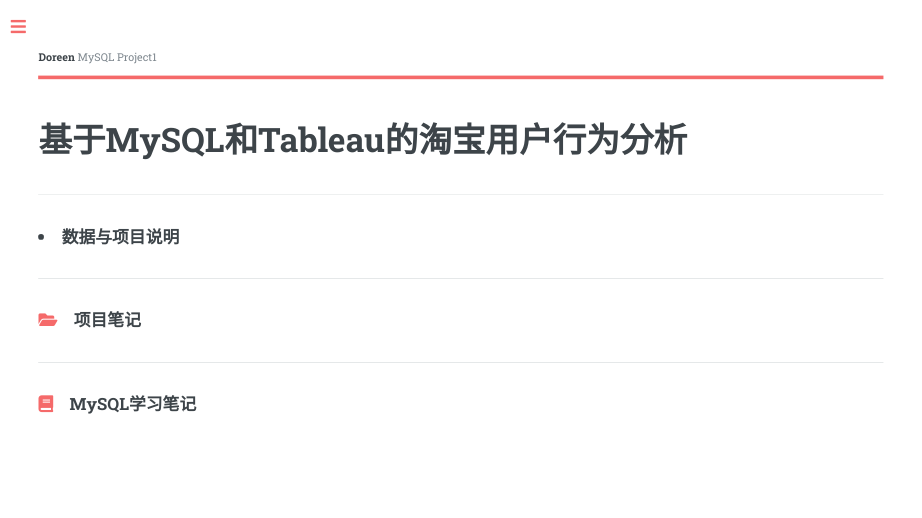
Repository: Hpz3859/Hpz3859.github.io
Page: MySQL_taobao.html
The author's editor kept a copy of each file at every save. The page is drawn from the files as they stood at one save, then again after the next save.
The browser window is 1280 px wide. The pictures show the whole page, at 72% of full size.

Above is the page before, as saved 2025-03-31 21:17:59.

After the next save:
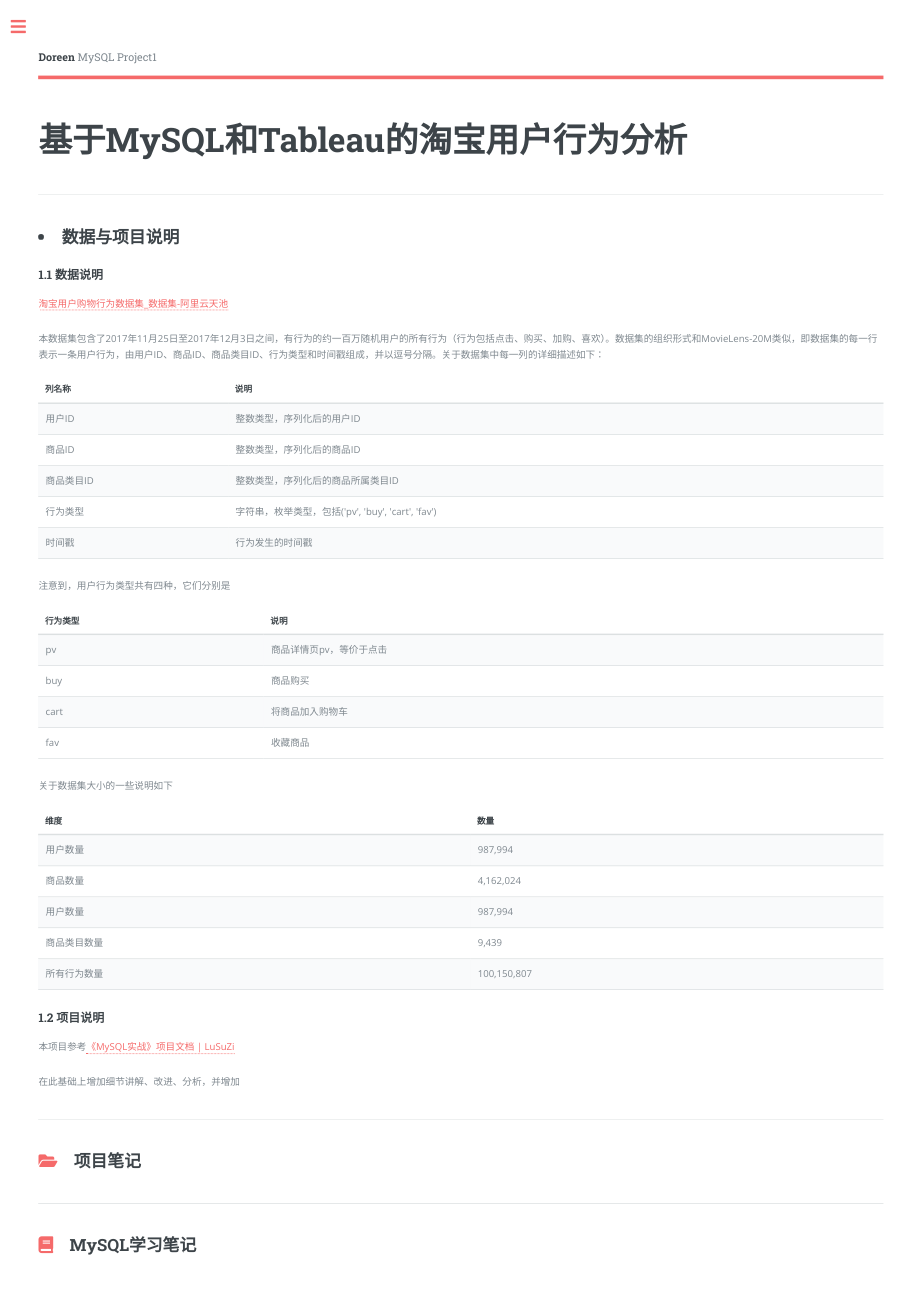
Saved 33 s later.
--- a/MySQL_taobao.html
+++ b/MySQL_taobao.html
@@ -47,6 +47,30 @@
 										<h2>
 											<li>数据与项目说明</li>
 										</h2>
+										<h3>1.1 数据说明</h3>
+<p><a href='https://tianchi.aliyun.com/dataset/649'>淘宝用户购物行为数据集_数据集-阿里云天池</a></p>
+<p>本数据集包含了2017年11月25日至2017年12月3日之间，有行为的约一百万随机用户的所有行为（行为包括点击、购买、加购、喜欢）。数据集的组织形式和MovieLens-20M类似，即数据集的每一行表示一条用户行为，由用户ID、商品ID、商品类目ID、行为类型和时间戳组成，并以逗号分隔。关于数据集中每一列的详细描述如下：</p>
+<figure class='table-figure'><table>
+<thead>
+<tr><th style='text-align:left;' >列名称</th><th style='text-align:left;' >说明</th></tr></thead>
+<tbody><tr><td style='text-align:left;' >用户ID</td><td style='text-align:left;' >整数类型，序列化后的用户ID</td></tr><tr><td style='text-align:left;' >商品ID</td><td style='text-align:left;' >整数类型，序列化后的商品ID</td></tr><tr><td style='text-align:left;' >商品类目ID</td><td style='text-align:left;' >整数类型，序列化后的商品所属类目ID</td></tr><tr><td style='text-align:left;' >行为类型</td><td style='text-align:left;' >字符串，枚举类型，包括(&#39;pv&#39;, &#39;buy&#39;, &#39;cart&#39;, &#39;fav&#39;)</td></tr><tr><td style='text-align:left;' >时间戳</td><td style='text-align:left;' >行为发生的时间戳</td></tr></tbody>
+</table></figure>
+<p>注意到，用户行为类型共有四种，它们分别是</p>
+<figure class='table-figure'><table>
+<thead>
+<tr><th style='text-align:left;' >行为类型</th><th style='text-align:left;' >说明</th></tr></thead>
+<tbody><tr><td style='text-align:left;' >pv</td><td style='text-align:left;' >商品详情页pv，等价于点击</td></tr><tr><td style='text-align:left;' >buy</td><td style='text-align:left;' >商品购买</td></tr><tr><td style='text-align:left;' >cart</td><td style='text-align:left;' >将商品加入购物车</td></tr><tr><td style='text-align:left;' >fav</td><td style='text-align:left;' >收藏商品</td></tr></tbody>
+</table></figure>
+<p>关于数据集大小的一些说明如下</p>
+<figure class='table-figure'><table>
+<thead>
+<tr><th style='text-align:left;' >维度</th><th style='text-align:left;' >数量</th></tr></thead>
+<tbody><tr><td style='text-align:left;' >用户数量</td><td style='text-align:left;' >987,994</td></tr><tr><td style='text-align:left;' >商品数量</td><td style='text-align:left;' >4,162,024</td></tr><tr><td style='text-align:left;' >用户数量</td><td style='text-align:left;' >987,994</td></tr><tr><td style='text-align:left;' >商品类目数量</td><td style='text-align:left;' >9,439</td></tr><tr><td style='text-align:left;' >所有行为数量</td><td style='text-align:left;' >100,150,807</td></tr></tbody>
+</table></figure>
+<h3>1.2 项目说明</h3>
+<p>本项目参考<a href='https://lusuzi.com/tech/mysql-practice-project-doc/'>《MySQL实战》项目文档 | LuSuZi</a></p>
+<p>在此基础上增加细节讲解、改进、分析，并增加</p>
+
 									</div>
 
 
